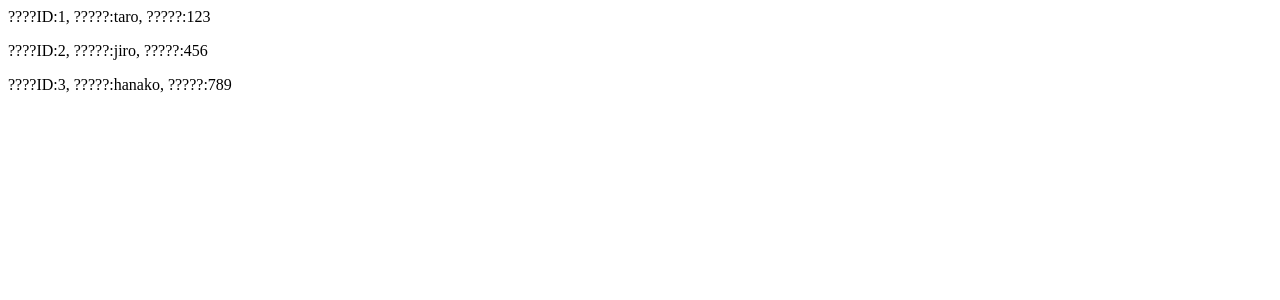
Repository: ryuhei0204/test
Page: http://localhost/HelloServlet/MySQLServlet
These files come from the project's save history. The page is drawn as it stood at one moment and after the next save; the edit follows.
The browser window is 1280 px wide. The pictures show the whole page.
The page is served by Tomcat 9. Other server files are loaded and not shown. The database holds what the project's SQL file puts in it.

Above is the page before, as saved 2019-04-25 01:18:45.

### HelloServlet/src/MySQLServlet.java
import java.io.IOException;
import java.io.PrintWriter;
import java.sql.Connection;
import java.sql.DriverManager;
import java.sql.ResultSet;
import java.sql.SQLException;
import java.sql.Statement;

import javax.servlet.ServletException;
import javax.servlet.annotation.WebServlet;
import javax.servlet.http.HttpServlet;
import javax.servlet.http.HttpServletRequest;
import javax.servlet.http.HttpServletResponse;

@WebServlet("/MySQLServlet")
public class MySQLServlet extends HttpServlet {

    public MySQLServlet() {
        super();
    }

	protected void doGet(HttpServletRequest request, HttpServletResponse response) throws
	ServletException, IOException {
		request.setCharacterEncoding("UTF-8");
		response.setContentType("text/html; charsetUTF-8");

		PrintWriter out=response.getWriter();

		out.println("<html>");
		out.println("<head>");
		out.println("<title>データーベーステスト</title>");
		out.println("</head>");
		out.println("<body>");

		Connection conn=null;
		String url="jdbc:mysql://localhost/testdb";
		String user="root";
		String password="mysql";

		try {
			Class.forName("com.mysql.jdbc.Driver").newInstance();
			conn=DriverManager.getConnection(url,user,password);

			Statement stmt=conn.createStatement();
			String sql="SELECT*FROM test_table";
			ResultSet rs=stmt.executeQuery(sql);

		while(rs.next()){
			int userId =rs.getInt("user_id");
			String userName =rs.getString("user_name");
			String userPassword =rs.getString("password");
			out.println("<p>");
			out.println("ユーザーID:"+userId+", ユーザー名:"+userName+", パスワード:"+userPassword);
			out.println("</p>");
		}

		rs.close();
		stmt.close();
		}catch (ClassNotFoundException e){
			out.println("ClassNotFoundException:"+e.getMessage());
		}catch(SQLException e){
			out.println("SQLException:"+e.getMessage());
		}catch(Exception e){
			out.println("Exception:"+e.getMessage());
		}finally{
			try{
				if(conn !=null){
					conn.close();
				}
			}catch(SQLException e){
				out.println("SQLException:"+e.getMessage());
			}
	}

	out.println("</body>");
	out.println("</html>");
}
}

### HelloServlet/sql/testdb.sql (the tables this page reads)
create table test_table(
user_id int,
user_name varchar(255),
password varchar(255)
);

insert into test_table values(1,"taro","123");

insert into test_table values(2,"jiro","456");

insert into test_table values(3,"hanako","789");

After the next save:
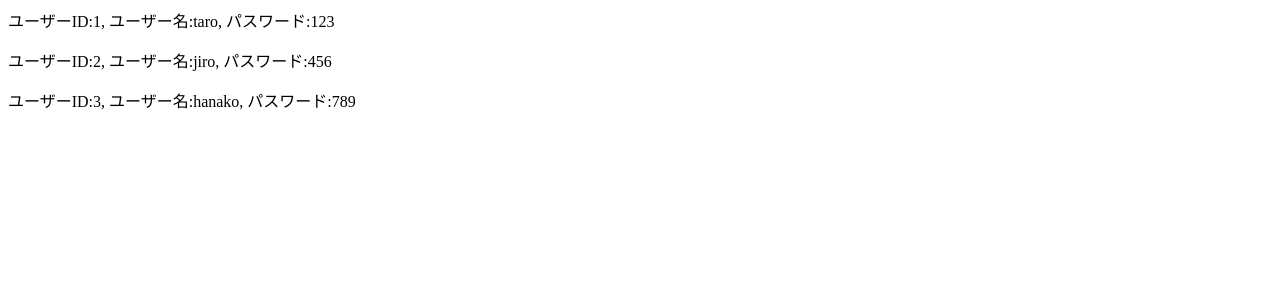
Saved 3 min 41 s later.
--- a/HelloServlet/src/MySQLServlet.java
+++ b/HelloServlet/src/MySQLServlet.java
@@ -22,7 +22,7 @@ public class MySQLServlet extends HttpServlet {
 	protected void doGet(HttpServletRequest request, HttpServletResponse response) throws
 	ServletException, IOException {
 		request.setCharacterEncoding("UTF-8");
-		response.setContentType("text/html; charsetUTF-8");
+		response.setContentType("text/html; charset=UTF-8");
 
 		PrintWriter out=response.getWriter();
 
